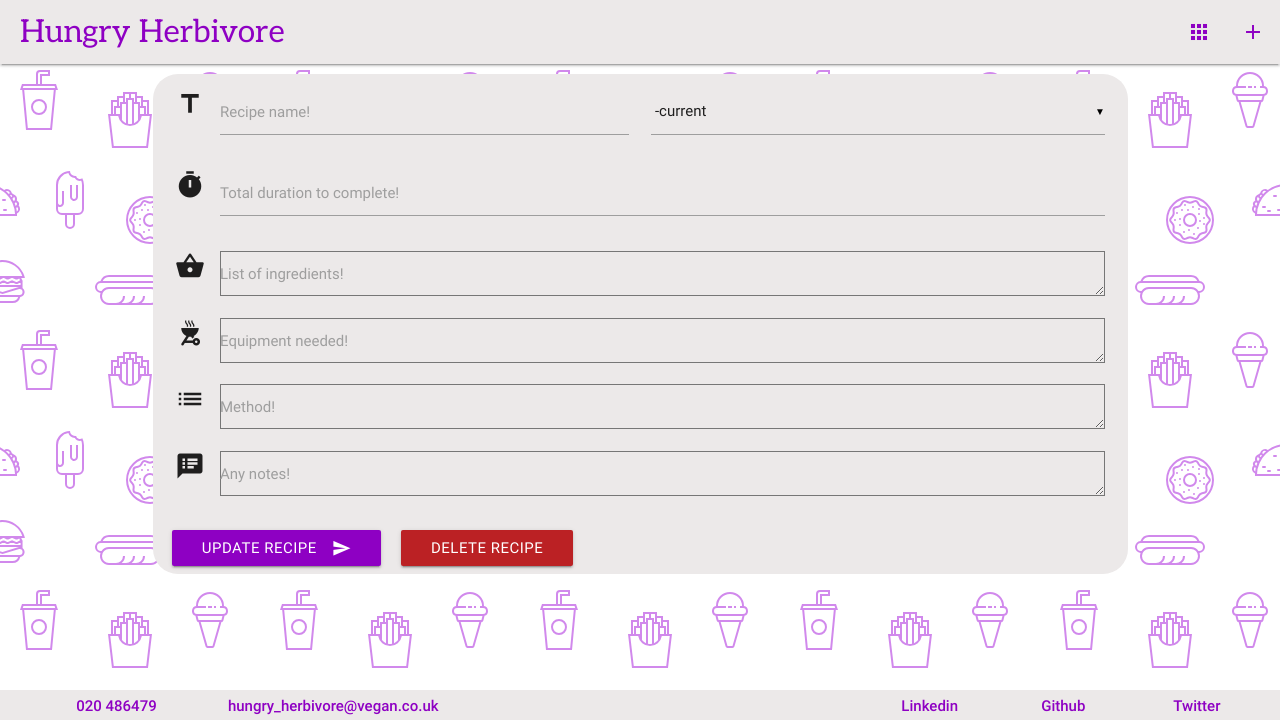
Repository: tgarratt/HungryHerbivore-Milestone3
Page: templates/modifyrecipe.html
The author's editor kept a record of every edit. The page is drawn from the files as they stood at one moment, then again after the next edit.
The browser window is 1280 px wide. The pictures show the whole page.
The template is drawn by Flask 3. The application's start-up code is not run. The template is opened directly, without the code that normally fills it, so the values that code supplies are empty.

Above is the page before.

After the next edit:
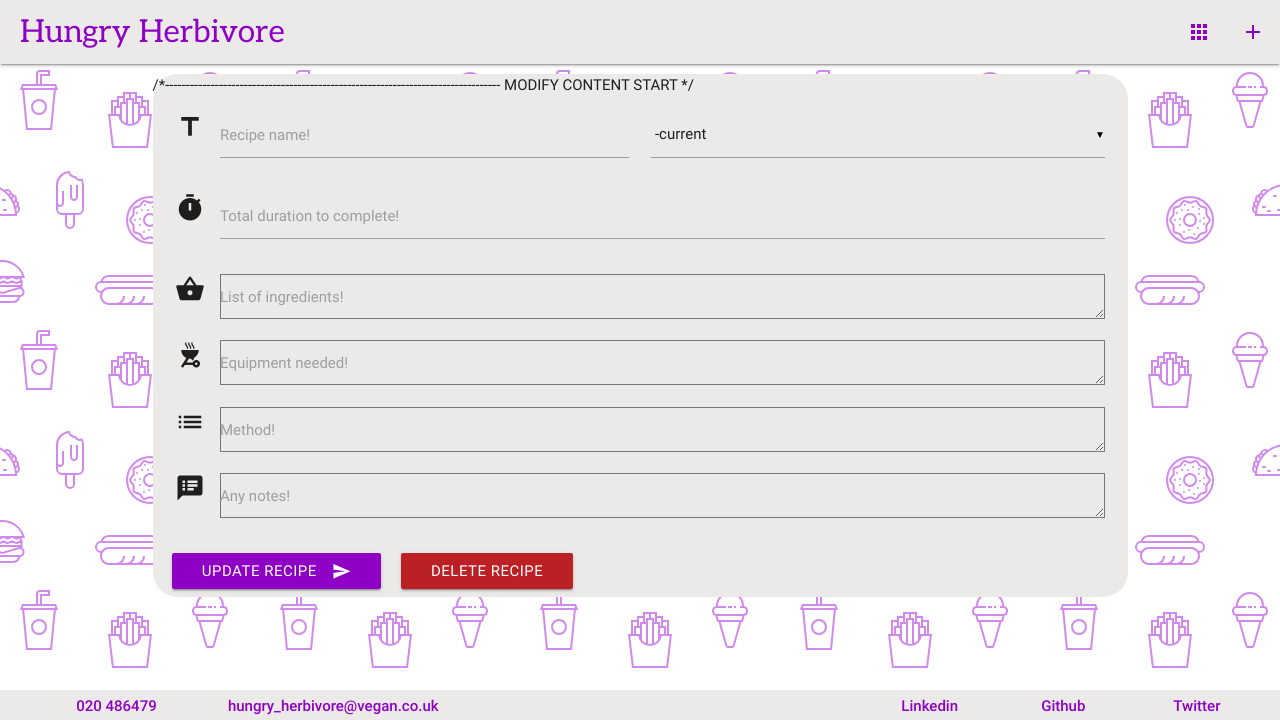
The edit:
--- a/templates/modifyrecipe.html
+++ b/templates/modifyrecipe.html
@@ -1,5 +1,8 @@
 {% extends 'parent.html'%} {% block content %}
 <div class="page-content">
+
+/*--------------------------------------------------------------------------------- MODIFY CONTENT START */
+
     <div class="row">
         <form action="{{url_for('update_recipe', recipe_id=recipe._id)}}" method="POST" class="form-color col s12">
             <div class="row">
